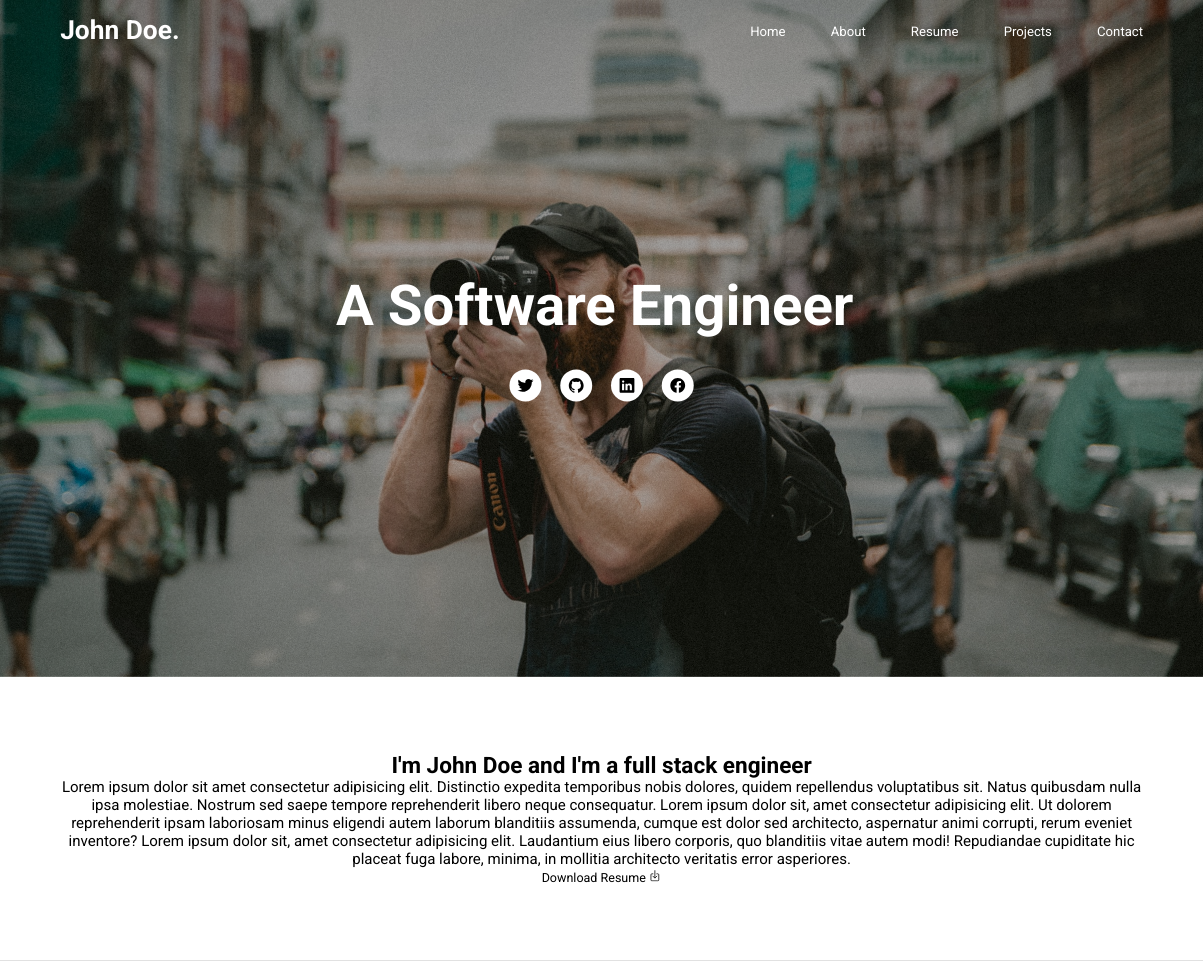
Repository: DevAntonioRogers/portfolio-tutorial
Page: index.html
These files come from the project's save history. The page is drawn as it stood at one moment and after the next save; the edit follows.
The browser window is 1280 px wide. The pictures show the whole page, at 94% of full size.
Backgrounds fixed to the window are drawn as part of the page.

Above is the page before, as saved 2023-10-31 23:26:29.

After the next save:
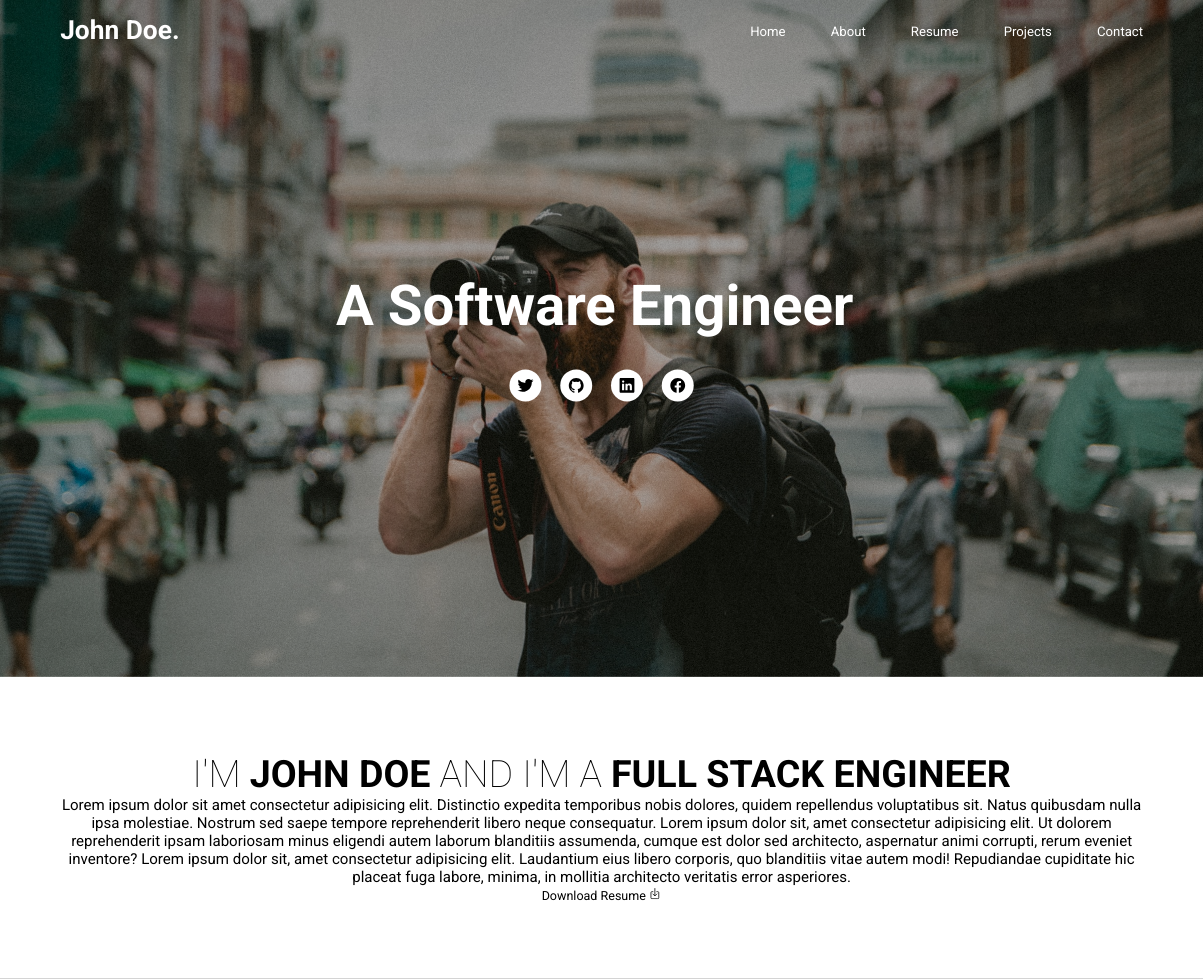
Saved 23 s later.
--- a/styles/about.css
+++ b/styles/about.css
@@ -2,3 +2,9 @@
   padding: 5rem 0;
   text-align: center;
 }
+
+.about h1 {
+  font-weight: 100;
+  font-size: 40px;
+  text-transform: uppercase;
+}
